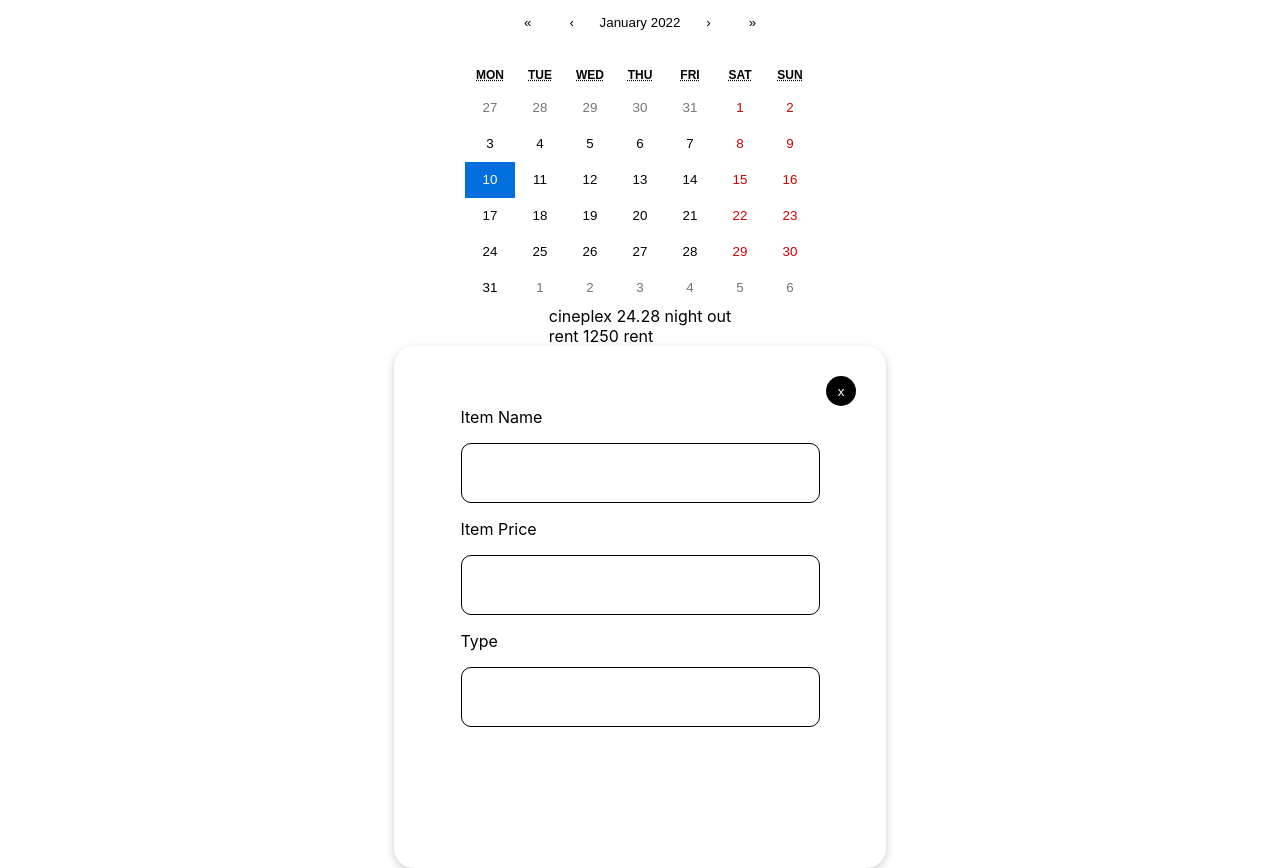
Repository: julianm09/expense-tracker
Page: /
The author's editor kept a copy of each file at every save. The page is drawn from the files as they stood at one save, then again after the next save.
The browser window is 1280 px wide. The pictures show the whole page.
The project was rebuilt for these pictures with package versions that can differ from the ones it lists, and the page was loaded fresh each time. The framework's server and built-in components were replaced by stand-ins that run in the browser. Also part of the build but not shown: next.config.js.

Above is the page before, as saved 2022-01-10 15:04:08.

### pages/_document.js
import Document, { Html, Head, Main, NextScript } from "next/document";
import { ServerStyleSheet } from "styled-components";

class MyDocument extends Document {
  static async getInitialProps(ctx) {
    const sheet = new ServerStyleSheet();
    const originalRenderPage = ctx.renderPage;

    try {
      ctx.renderPage = () =>
        originalRenderPage({
          enhanceApp: (App) => (props) =>
            sheet.collectStyles(<App {...props} />),
        });

      const initialProps = await Document.getInitialProps(ctx);
      return {
        ...initialProps,
        styles: (
          <>
            {initialProps.styles}
            {sheet.getStyleElement()}
          </>
        ),
      };
    } finally {
      sheet.seal();
    }
  }
}



export default MyDocument;

### pages/index.js
import { useState, useEffect } from "react";
import styled from "styled-components";
import MyCalender from "../comps/Calender";
import "react-calendar/dist/Calendar.css";
import DisplayExpense from "../comps/DisplayExpense";
import PopUp from "../comps/popup";

const Cont = styled.div`
  display: flex;
  justify-content: center;
  align-items: center;
  width: 100%;
  flex-direction: column;
`;

export default function Home() {
  const [date, setDate] = useState("");

  const [expenses, setExpenses] = useState({
    "2022-01-08": [
      { name: "save on foods", price: 101.22, type: "groceries" },
      { name: "shell", price: 55.21, type: "gasoline" },
    ],
    "2022-01-09": [
      { name: "earls", price: 150.45, type: "dining" },
      { name: "starbucks", price: 5.24, type: "coffee" },
    ],
    "2022-01-10": [
      { name: "cineplex", price: 24.28, type: "night out" },
      { name: "rent", price: 1250, type: "rent" },
    ],
  });

  return (
    <Cont>
      <MyCalender date={date} setDate={setDate} />
      <DisplayExpense expenses={expenses} date={date} />
      <PopUp />
    </Cont>
  );
}

### comps/Calender.js
import { useState, useEffect } from "react";
import styled from "styled-components";
import Calendar from "react-calendar";
import "react-calendar/dist/Calendar.css";

const CalenderUI = styled(Calendar)`
  display: flex;
  flex-direction: column;
  justify-content: center;
  align-items: center;
  border: none;
`;

export default function MyCalender({ date, setDate }) {
  const [value, onChange] = useState(new Date());

  function convert(str) {
    var date = new Date(str),
      mnth = ("0" + (date.getMonth() + 1)).slice(-2),
      day = ("0" + date.getDate()).slice(-2);
    return [date.getFullYear(), mnth, day].join("-");
  }

  useEffect(() => {
    setDate(convert(value));
  }, [value]);

  return (
    <div>
      <CalenderUI onChange={onChange} value={value} />
    </div>
  );
}

### comps/DisplayExpense.js
import { useState, useEffect } from "react";
import styled from "styled-components";

const Cont = styled.div`
  display: flex;
  flex-direction: column;
`;

export default function DisplayExpense({ expenses, date }) {
  console.log(expenses);

  return (
    <Cont>
      {expenses[date]
        ? expenses[date].map((expense) => (
            <div key={expense.name}>
              {expense.name + " " + expense.price + " " + expense.type}
            </div>
          ))
        : ""}
    </Cont>
  );
}

### comps/popup.js
import { useState, useEffect } from "react";
import styled from "styled-components";

const Cont = styled.div`
  display: flex;
  flex-direction: column;

  align-items: center;
  min-width: 492px;
  min-height: 522px;
  padding: 45px;
  background-color: #fff;
  border-radius: 20px;
  box-shadow: 0 3px 10px rgb(0 0 0 / 0.2);
  position: relative;
`;
const XButton = styled.button`
  position: absolute;
  top: 30px;
  right: 30px;
  border: none;
  border-radius: 20px;
  background-color: #000;
  width: 30px;
  height: 30px;
  color: #fff;
`;

const TextCont = styled.div`
  width: 359px;
  display: flex;
  justify-content: flex-start;

  flex-direction: column;
`;

const Box = styled.input`
  width: 359px;
  height: 60px;
  border: 0.5px solid #000;
  border-radius: 10px;
`;

const Title = styled.p``;
const BottomDiv = styled.div``;
export default function PopUp() {
  return (
    <Cont>
      <XButton>x</XButton>
      <BottomDiv>
        <TextCont>
          <Title>Item Name</Title>
          <Box></Box>
        </TextCont>
        <TextCont>
          <Title>Item Price</Title>
          <Box></Box>
        </TextCont>
        <TextCont>
          <Title>Type</Title>
          <Box></Box>
        </TextCont>
      </BottomDiv>
    </Cont>
  );
}

Loaded but not shown: pages/_app.js (common file); styles/globals.css (common file)

After the next save:
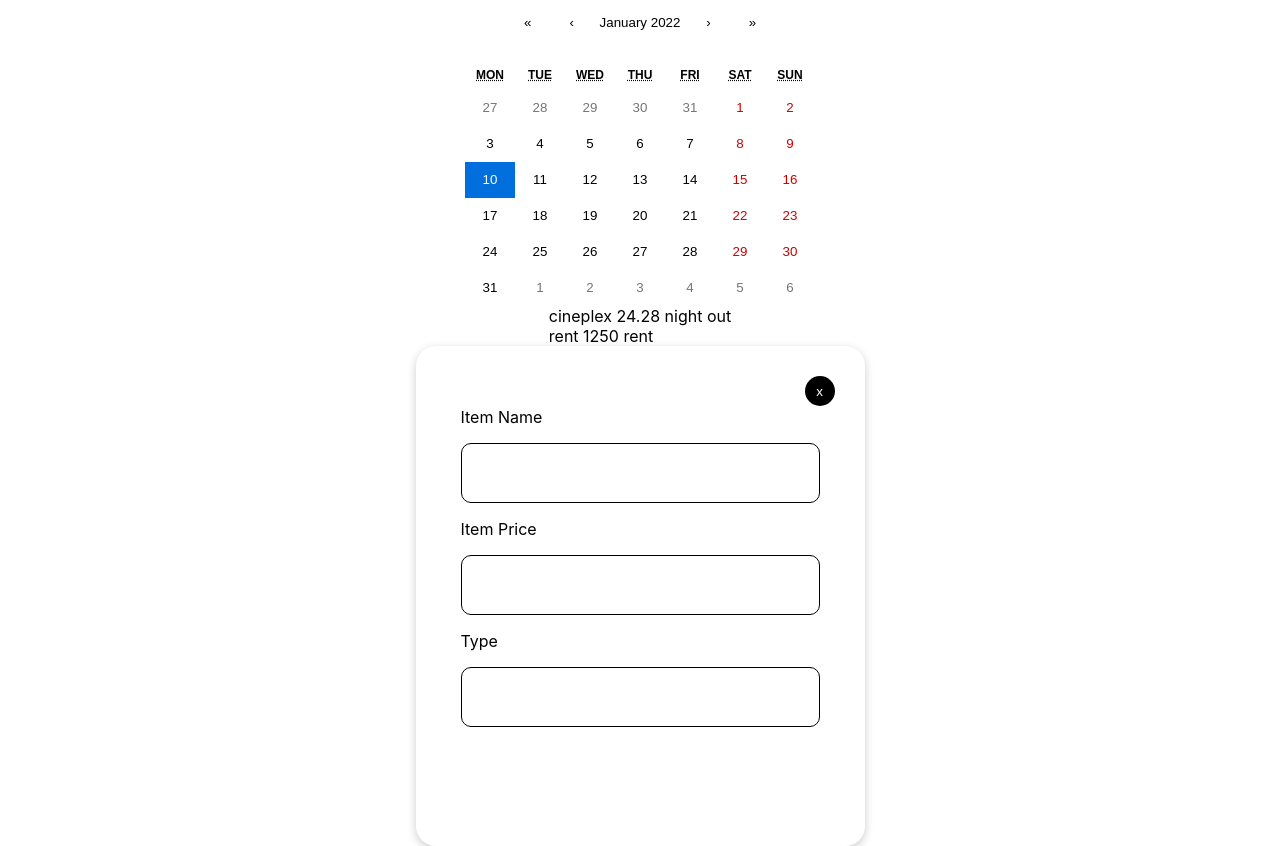
Saved 12 s later.
--- a/comps/popup.js
+++ b/comps/popup.js
@@ -6,8 +6,8 @@ const Cont = styled.div`
   flex-direction: column;
 
   align-items: center;
-  min-width: 492px;
-  min-height: 522px;
+  min-width: 400px;
+  min-height: 500px;
   padding: 45px;
   background-color: #fff;
   border-radius: 20px;
